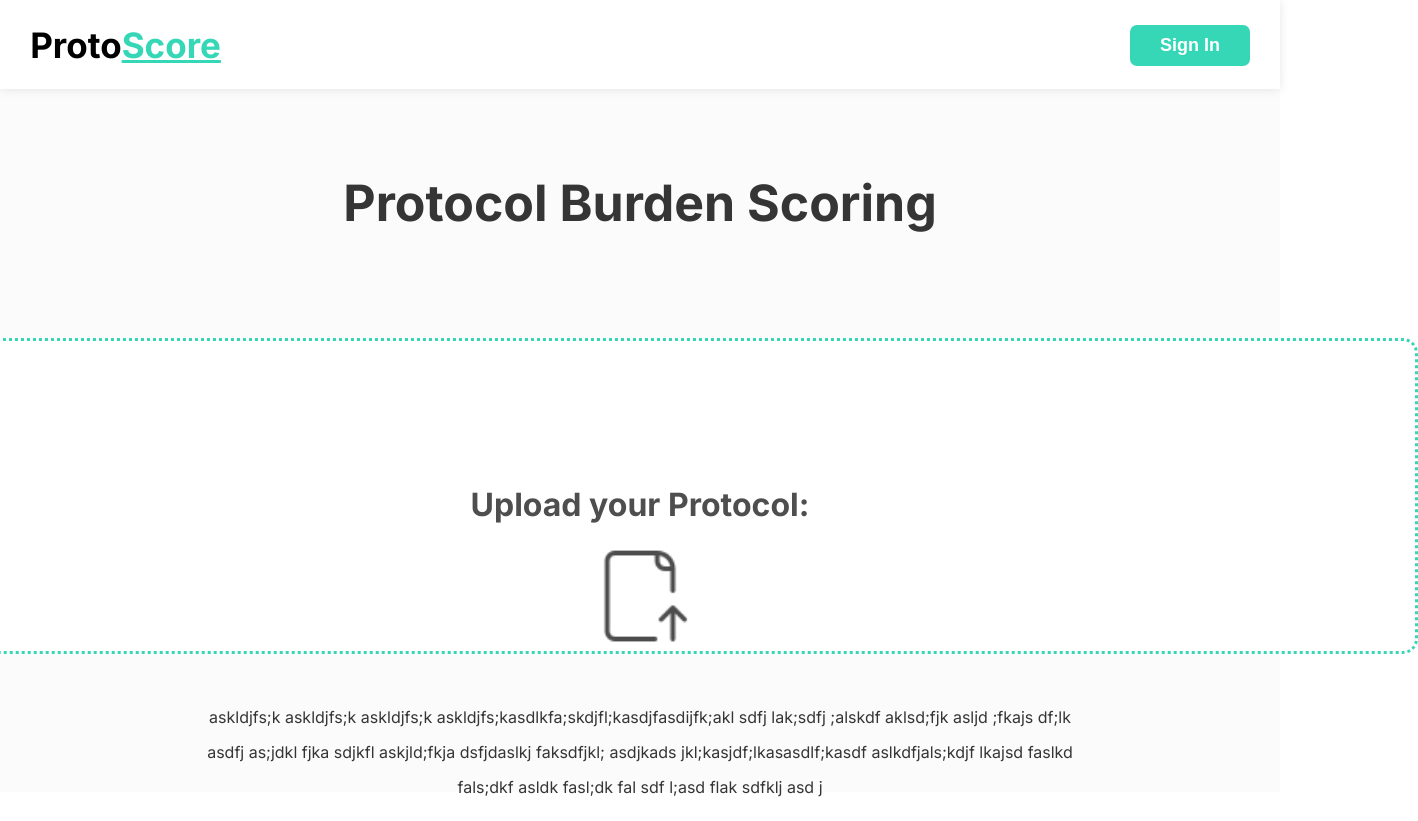
Repository: evanc108/Regeneron2024
Page: / (app in regeneron/)
These files come from the project's save history. The page is drawn as it stood at one moment and after a run of saves; the edit follows.
The browser window is 1280 px wide. The page is 1418 px wide, so the pictures cover 1418 px, including what lies to the right of the window. The pictures show the whole page.
The project was rebuilt for these pictures with package versions that can differ from the ones it lists, and the page was loaded fresh each time.

Above is the page before, as saved 2024-05-14 03:19:31.

### regeneron/src/App.js
import './App.css';
import React, { useState } from 'react';
import Feedback from './pages/Feedback';


function App() {
  return (
    <div className="App">
      <div style={{backgroundColor: "white", width: "100%", padding: "0.2px", boxShadow: "0px 0px 10px rgba(0, 0, 0, 0.1)"}}>
        <h1 style={{ marginLeft: "30px", fontSize: "35px", textAlign: "left"}}>
          <span style={{color: "black"}}>Proto</span>
          <span style={{color: "#36d7b7", textDecoration: "underline"}}>Score</span>
        </h1>
        <button style={{ backgroundColor:"#36d7b7", border:"none", color:"white", padding:"10px 30px 10px 30px", borderRadius:"7px", fontSize:"18px", fontWeight:"bold", position: "absolute", top: "25px", right: "30px" }}>Sign In</button>
      </div>


      {/* <input value={inputValue} onChange={handleChange}></input>
      <button onClick={sendRequest}>Click me</button>
      <div>
        <p>Physical Burden: {burden.physical}</p>
        <p>Logistical Burden: {burden.logistical}</p>
        <p>Financial: {burden.financial}</p>
        <p>Psychological Burden: {burden.psychological}</p>
      </div> */}
      <Feedback></Feedback>
    </div>
  );
}

export default App;

### regeneron/src/App.css
.App {
  text-align: center;
  background-color: #fbfbfb;
  margin: 0;
  height: 110vh;
}

body {
  font-family: 'Inter', sans-serif;
  margin: 0;
  padding: 0;
  height: 110vh;
}

.App-logo {
  height: 40vmin;
  pointer-events: none;
}

@media (prefers-reduced-motion: no-preference) {
  .App-logo {
    animation: App-logo-spin infinite 20s linear;
  }
}

.App-header {
  background-color: #282c34;
  min-height: 100vh;
  display: flex;
  flex-direction: column;
  align-items: center;
  justify-content: center;
  font-size: calc(10px + 2vmin);
  color: white;
}

.App-link {
  color: #61dafb;
}

@keyframes App-logo-spin {
  from {
    transform: rotate(0deg);
  }
  to {
    transform: rotate(360deg);
  }
}

### regeneron/src/pages/Feedback.js
import React, { useState } from 'react';
import '../styles/feedback.css';
import { handleExtraction } from '../openAIServices';
import { PropagateLoader } from 'react-spinners';
import Upload from "../img/upload.png";

function Feedback() {
    const [fileUploaded, setFileUploaded] = useState(false);
    const [loading, setLoading] = useState(false);
    const [burden, setBurden] = useState({});
    const [pdfUrl, setPdfUrl] = useState("");

    const handleFileUpload = async (text) => {
        setLoading(true);
        // Uncomment and use when API is connected
        // const response = await handleExtraction(text);
        // setBurden(response);
        setFileUploaded(true);
        setLoading(false);
    };

    function extractText(event) {
        const file = event.target.files[0];
        if (file) {
            const url = URL.createObjectURL(file);
            setPdfUrl(url);
            setFileUploaded(true);

            const reader = new FileReader();
            reader.onload = async (e) => {
                const text = await reader.result;
                console.log(text);
                handleFileUpload(text);
            };
            reader.readAsText(file);
        }
    }

    return (
        <div className="feedback-container">
            {!fileUploaded && (
                <div style={{display:"flex", flexDirection:"column", justifyContent:"center", alignItems:"center", marginTop:"5%"}}>
                    <div className="onboarding">
                        <h1 style={{fontSize:"50px", marginBottom:"60px", color:"rgb(53, 53, 53)"}}>Protocol Burden Scoring</h1>
                    </div>
                    <div className='upload-file' onClick={() => document.getElementById('file-input').click()}>
                        {!fileUploaded && !loading && (
                            <div>
                                <h1 style={{marginTop:"-20px", color:"rgb(78, 78, 78)", marginTop:"50px"}}>Upload your Protocol:</h1>
                                <input
                                    id="file-input"
                                    type="file"
                                    accept=".pdf"
                                    onChange={extractText}
                                    style={{ display: 'none' }}
                                />
                                <img src={Upload} alt="upload" width={"100px"} />
                            </div>
                        )}
                        {loading && (
                            <div style={{ marginTop: "30px" }}>
                                <h2>Calculating Burden...</h2>
                                <PropagateLoader color="#36d7b7" />
                            </div>
                        )}

                    </div>
                    <p style={{textOverflow: "ellipsis", whiteSpace: "normal", width: "900px", lineHeight:"35px", color:"rgb(53, 53, 53)"}}>
                            askldjfs;k askldjfs;k askldjfs;k askldjfs;kasdlkfa;skdjfl;kasdjfasdijfk;akl sdfj lak;sdfj ;alskdf aklsd;fjk asljd ;fkajs df;lk asdfj as;jdkl fjka sdjkfl askjld;fkja dsfjdaslkj faksdfjkl; asdjkads jkl;kasjdf;lkasasdlf;kasdf aslkdfjals;kdjf lkajsd faslkd fals;dkf asldk fasl;dk fal sdf l;asd flak sdfklj asd j</p>
                </div>
            )}

            {fileUploaded && !loading && (
                <div className="protocol-container">
                    <div className="iframe-container">
                        <iframe src={pdfUrl} style={{ width: '100%', height: '100%' }}></iframe>
                    </div>
                </div>
            )}
            {fileUploaded && !loading && (
                <div className="score-container">
                    <div>
                        <p style={{ fontSize: '17px', fontWeight: '300', marginBottom: '-3px' }}>Burden Score</p>
                        <span style={{ fontSize: '50px', fontWeight: '600' }}>{burden.score || 'N/A'}</span>
                    </div>
                </div>
            )}
        </div>
    );
}

export default Feedback;

### regeneron/src/styles/feedback.css
.feedback-container {
    display: flex;
    flex-direction: row;
    justify-content: center;
    margin-top: -2.5%;
    align-items: center;
}

.onboarding {
    font-size: 20px;
    font-weight: 500;
    margin-top: 2%;
    display: flex;
    flex-direction: column;
    justify-content: center;
    align-items: center;
}

.upload-file {
    border-color: #36d7b7;
    border-width: 3px;
    border-style: dotted;
    padding-left: 100px;
    padding-right: 100px;
    width: 150%;
    height: 30vh;
    margin-top: 5%;
    margin-bottom: 30px;
    border-radius: 15px;
    background-color: rgb(255, 255, 255);
    overflow: hidden;
    padding-top: 10.5%;
    cursor: pointer;
    transition: transform 0.3s ease-in-out;
}

.upload-file:hover {
    transform: scale(1.01);
}

.protocol-container {
    border-color: rgb(189, 189, 189);
    border-width: 1px;
    border-style: solid;
    padding-left: 100px;
    padding-right: 100px;
    width: 40%;
    height: 68vh;
    margin-top: 5%;
    border-radius: 15px;
    background-color: white;
    overflow: hidden;
    padding-top: 10.5%;
}

.score-container {
    border-color: rgb(189, 189, 189);
    border-width: 1px;
    border-style: solid;
    padding: 100px;
    width: 10%;
    height: 65.3vh;
    margin-top: 5%;
    border-radius: 15px;
    background-color: white;
    margin-left: 30px;
}

.score {
    font-size: large;
}

.unique-score {
    font-size: 86px;
    font-weight: 500;
}


.iframe-container {
    top: -28%;
    width: 130%;
    left: -15%;
    height: 150%;  /* Adjust height as needed */
    overflow: hidden;
    position: relative;
}

Loaded but not shown: regeneron/public/index.html (common file); regeneron/src/index.js (common file); regeneron/src/openAIServices.js (no copy from this time; the picture is the same without it)

After the next 2 saves:
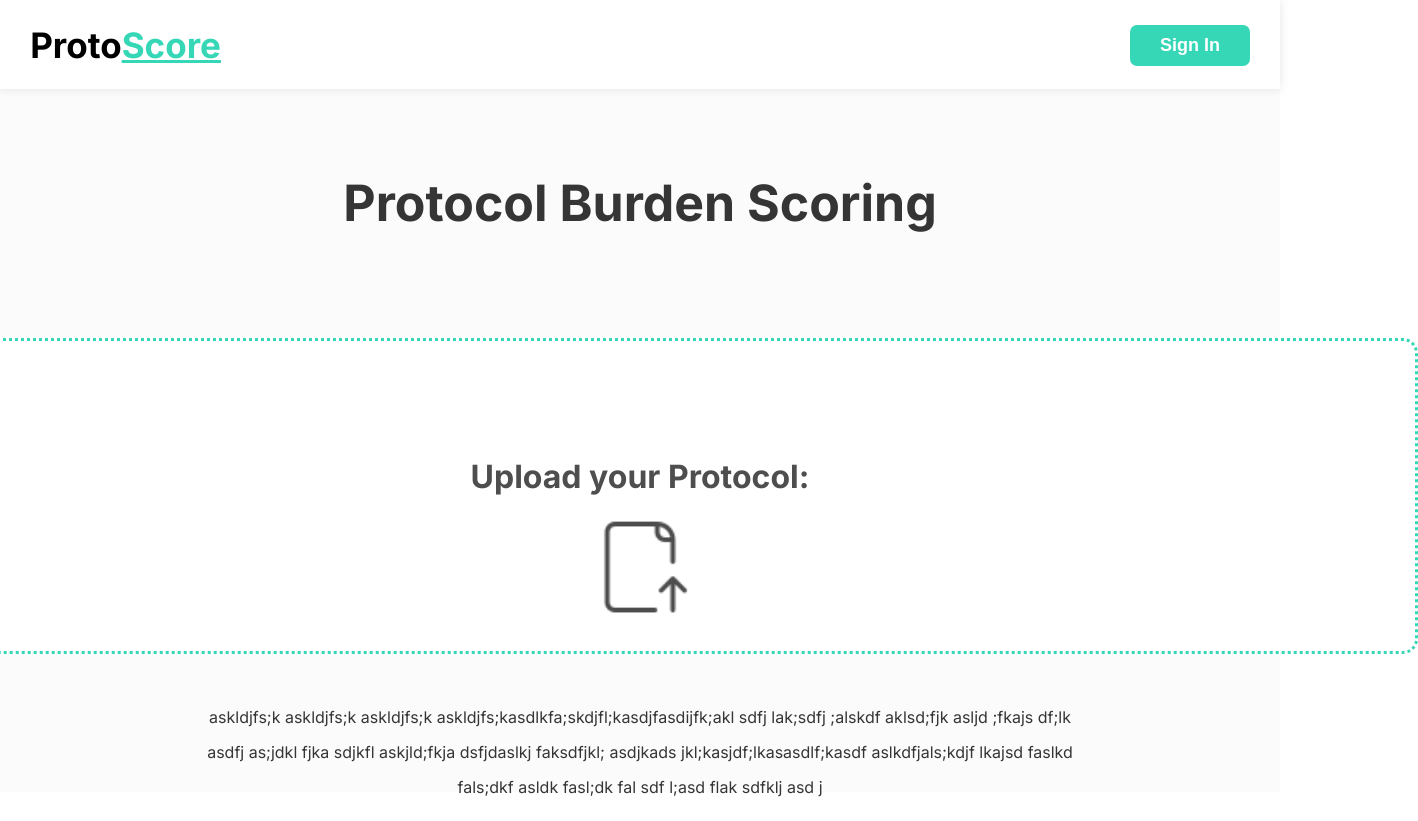
The 2 saves are shown as one change because 1 did not build or start.
The last was saved 21 s later.
--- a/regeneron/src/pages/Feedback.js
+++ b/regeneron/src/pages/Feedback.js
@@ -46,7 +46,7 @@ function Feedback() {
                     <div className='upload-file' onClick={() => document.getElementById('file-input').click()}>
                         {!fileUploaded && !loading && (
                             <div>
-                                <h1 style={{marginTop:"-20px", color:"rgb(78, 78, 78)", marginTop:"50px"}}>Upload your Protocol:</h1>
+                                <h1 style={{color:"rgb(78, 78, 78)"}}>Upload your Protocol:</h1>
                                 <input
                                     id="file-input"
                                     type="file"
